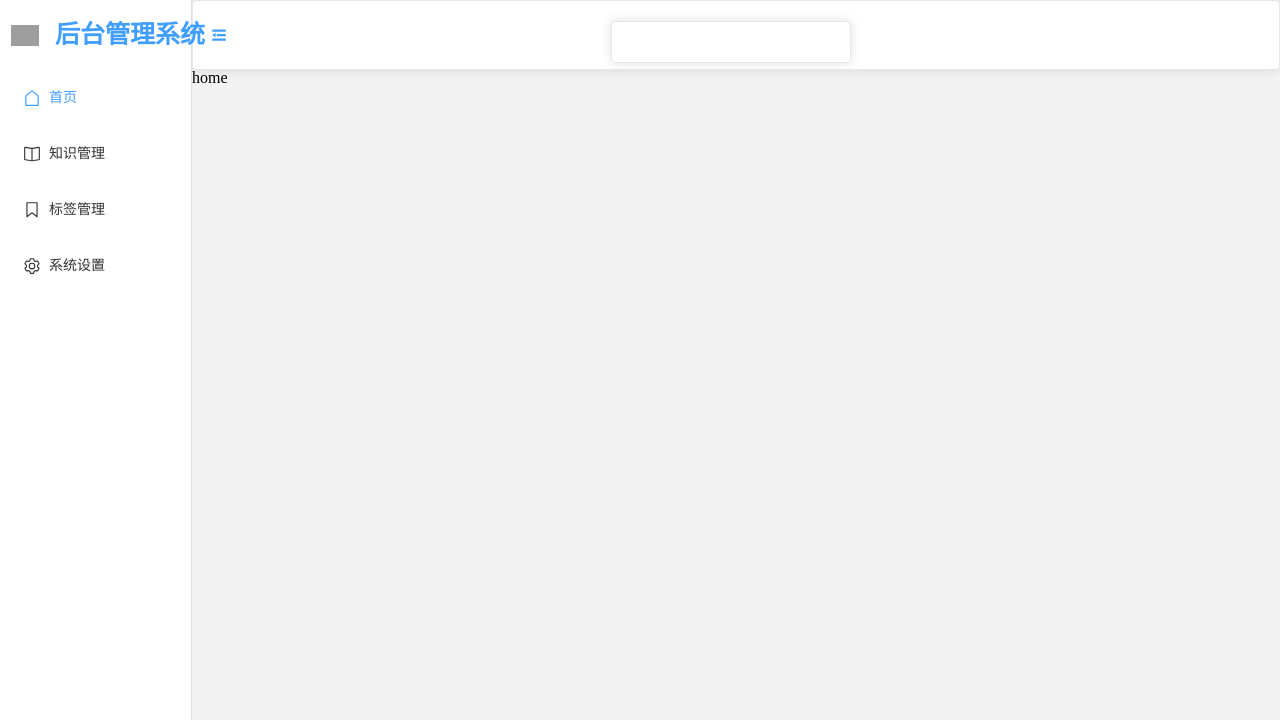
Repository: serrrN/admin
Page: /
These files come from the project's save history. The page is drawn as it stood at one moment and after the next save; the edit follows.
The browser window is 1280 px wide. The pictures show the whole page.
Pictures or frames that could not be fetched are drawn as grey boxes. The project was rebuilt for these pictures with package versions that can differ from the ones it lists, and the page was loaded fresh each time. Also part of the build but not shown: vite.config.ts, src/styles/index.scss.

Above is the page before, as saved 2024-06-05 16:07:34.

### src/main.ts
import { createApp } from 'vue'
import App from './App.vue'
import ElementPlus from 'element-plus'
import zhCn from 'element-plus/es/locale/lang/zh-cn'
import * as ElementPlusIconsVue from '@element-plus/icons-vue'
import router from './router'
import 'reset-css'
import './styles/index.scss'
import pinia from '@/store/index'
const app = createApp(App)
for (const [key, component] of Object.entries(ElementPlusIconsVue)) {
  app.component(key, component)
}
app.use(pinia)
app.use(ElementPlus, { locale: zhCn })
app.use(router)
app.mount('#app')

### src/App.vue
<script setup lang="ts"></script>

<template>
  <router-view></router-view>
</template>

<style>
* {
  box-sizing: border-box;
}
#app,
html,
body {
  width: 100%;
  height: 100%;
}
</style>

### src/router/index.ts
import { createRouter, createWebHistory } from 'vue-router'
import routes from './routes'
const router = createRouter({
  history: createWebHistory(),
  routes,
})
export default router

### src/router/routes.ts
const routes = [
  {
    path: '/',
    name: 'home',
    redirect: '/home',
    component: () => import('@/layout/index.vue'),
    children: [
      {
        path: '/home',
        component: () => import('@/views/home/index.vue'),
      },
      {
        path: '/knowledgeManage',
        component: () => import('@/views/knowledgeManage/index.vue'),
      },
      {
        path: '/tagManage',
        component: () => import('@/views/tagManage/index.vue'),
      },
      {
        path: "/systemSetting",
        component:()=>import("@/views/systemSetting/index.vue")
      }
    ],
  },
]

export default routes

### src/styles/variable.scss
//主题色
$theme-color:rgb(64, 158, 255);

// 布局容器左边宽度
$layout-container-left-max-width:15%;

// 布局容器左边塌陷后宽度
$layout-container-left-min-width:3.79%;

// 布局容器头部高度
$layout-container-header-height:70px;

### src/layout/index.vue
<template>
  <div class="layout-container">
    <div :class="systemStore.isCollapse?'left left-collapse':'left'" >
      <Menu />
    </div>
    <div :class="systemStore.isCollapse?'right right-collapse':'right'">
      <div class="header"><Header /></div>
      <div class="main"><Main/></div>
    </div>
  </div>
</template>

<script lang="ts" setup>
import Menu from './menu/index.vue'
import Header from './header/index.vue'
import Main from './main/index.vue'

import {useSystemStore} from "@/store/modules/system"
const systemStore = useSystemStore()
</script>

<style scoped lang="scss">
.layout-container {
  width: 100%;
  height: 100%;
  display: flex;
  background-color: #f3f3f3;
  .left {
    height: 100%;
    width: $layout-container-left-max-width;
    transition: all linear 0.5s;
  }
  .left-collapse{
    width:$layout-container-left-min-width;
  }
  .right {
    width: calc(100% - $layout-container-left-max-width);
    transition: all linear 0.5s;
    .header {
      width: 100%;
      height: $layout-container-header-height;
      display: flex;
      justify-content:flex-end;
    }
    .main {
      height: calc(100% - $layout-container-header-height);
      width: calc(100%);

    }
  }
  .right-collapse{
    width:calc(100% - $layout-container-left-min-width);
  }

}
</style>

### src/views/home/index.vue
<template>
home
</template>
<script setup lang="ts">

</script>
<style lang="scss" scoped>

</style>

### src/layout/menu/index.vue
<template>
  <el-menu
    default-active="home"
    :class="systemStore.isCollapse?'el-menu-vertical-collapse':'el-menu-vertical'"
    :collapse="systemStore.isCollapse"
    :router="true"
    collapse-transition
    @open="handleOpen"
    @close="handleClose"
  >
    <div class="header">
      <div class="manage-msg" v-show="!systemStore.isCollapse">
        <div class="logo-wrapped">
          <img src="/vite.svg" class="logo" alt="Vite logo" />
        </div>
        <div class="name">后台管理系统</div>
      </div>
      <div class="fold-icon-wrapped" @click="handleCollapse">
        <el-icon size="18" color="rgb(64, 158, 255)">
          <component :is="systemStore.isCollapse?'Expand':'Fold'"></component>
        </el-icon>
      </div>
    </div>

    <el-menu-item index="home">
      <el-icon><House /></el-icon>
      <template #title>首页</template>
    </el-menu-item>
    <el-menu-item index="knowledgeManage">
      <el-icon><reading /></el-icon>
      <template #title>知识管理</template>
    </el-menu-item>
    <el-menu-item index="tagManage">
      <el-icon><CollectionTag /></el-icon>
      <template #title>标签管理</template>
    </el-menu-item>
    <el-menu-item index="systemSetting">
      <el-icon><setting /></el-icon>
      <template #title>系统设置</template>
    </el-menu-item>
  </el-menu>
</template>

<script lang="ts" setup>
import {useSystemStore} from "@/store/modules/system"
const systemStore = useSystemStore()

const handleOpen = (key: string, keyPath: string[]) => {
  console.log(key, keyPath)
}
const handleClose = (key: string, keyPath: string[]) => {
  console.log(key, keyPath)
}
const handleCollapse = () => {
  systemStore.isCollapse = !systemStore.isCollapse

}
</script>

<style lang="scss" scoped>
.el-menu {
  height: 100%;
  // 管理系统菜单头部(展示名字和logo)
  .header {
    display: flex;
    height: 70px;
    line-height: 70px;
    justify-content: space-between;
    transition: all 1s;
    //管理系统信息
    .manage-msg {
      display: flex;
      // logo容器
      .logo-wrapped {
        line-height: 50px;
        height: 100%;
        display: flex;
        align-items: center;
        justify-content: center;
        width: 50px;
        .logo {
          width: 28px;
        }
      }
      // 管理系统名称
      .name {
        text-align: center;
        font-size: 25px;
        width: 160px;
        color: $theme-color;
        font-weight: 600;
      }
    }

    // 折叠图标容器
    .fold-icon-wrapped {
      width: 100%;
      display: flex;
      align-items: center;
      justify-content: center;
    }
  }

  //菜单名称
  .el-menu-item span {
    color: rgb(48, 49, 51);
    font-weight: 400;
    font-size: 17px;
    line-height: 56px;
    font-family: 'Helvetica Neue', Helvetica, 'PingFang SC', 'Hiragino';
  }
}
// 菜单不处于塌陷状态
.el-menu-vertical:not(.el-menu--collapse) {
  width: 100%;
  min-height: 100%;
  min-width: 20%;
}


</style>

### src/layout/header/index.vue
<template>
  <el-card style="width: 100%">
    <!-- <Tabs /> -->
    <Menu />
  </el-card>
</template>
<script setup lang="ts">
// import Tabs from './tabs/index.vue'
import Menu from './menu/index.vue'
</script>
<style lang="scss" scoped></style>

### src/layout/main/index.vue
<template>
  <router-view></router-view>
</template>
<script setup lang="ts"></script>
<style lang="scss" scoped></style>

### src/store/modules/system.ts
import { defineStore } from 'pinia'
import { ref } from 'vue'
export const useSystemStore = defineStore('system', () => {
  const isCollapse = ref(false)

  return { isCollapse }
})

### src/layout/header/menu/index.vue
<template>
  <div class="header-menu">
    <el-card style="width: 240px"></el-card>
  </div>
</template>
<script setup lang="ts"></script>
<style lang="scss" scoped>
.header-menu {
  display: flex;
  justify-content: center;
  align-items: center;
  margin-right: 10px;
  cursor: pointer;
}
</style>

Loaded but not shown: index.html (common file); src/store/index.ts (common file)

After the next save:
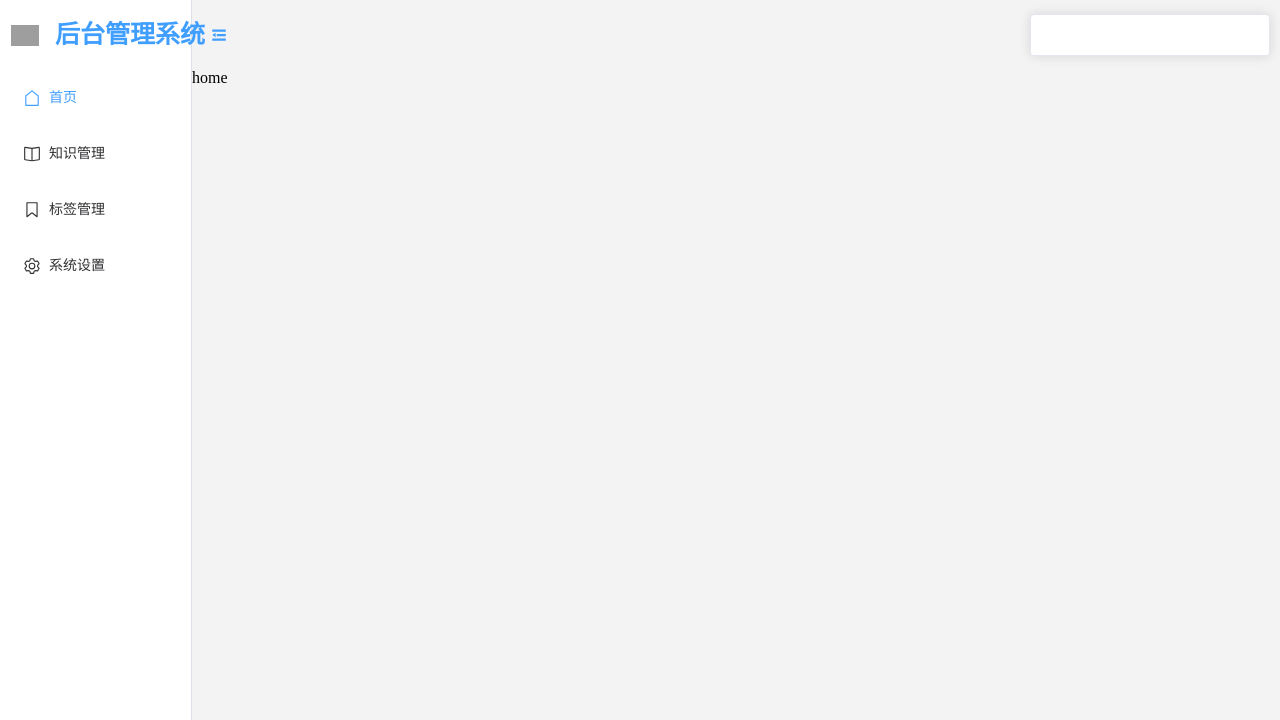
Saved 53 s later.
--- a/src/layout/header/index.vue
+++ b/src/layout/header/index.vue
@@ -1,8 +1,5 @@
 <template>
-  <el-card style="width: 100%">
-    <!-- <Tabs /> -->
-    <Menu />
-  </el-card>
+  <Menu/>
 </template>
 <script setup lang="ts">
 // import Tabs from './tabs/index.vue'
